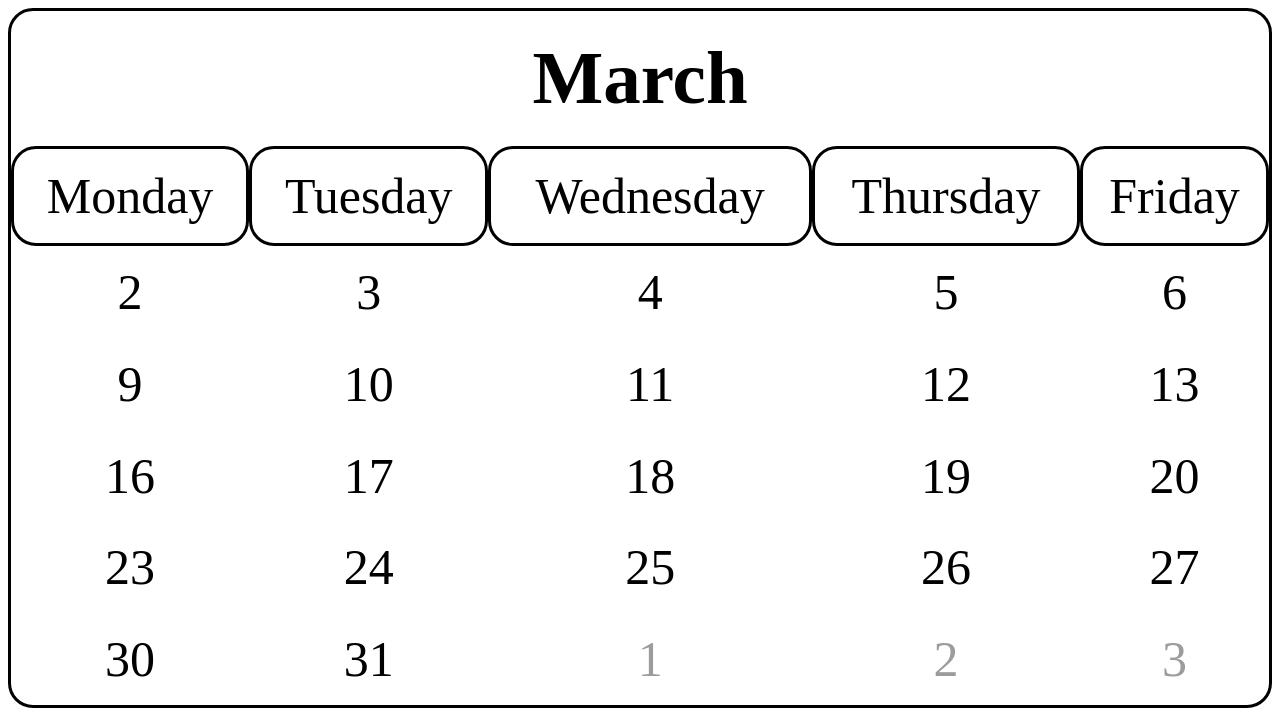
Repository: shleewhite/missionBitCalendar
Page: views/mar.html
The author's editor kept a record of every edit. The page is drawn from the files as they stood at one moment, then again after the next edit.
The browser window is 1280 px wide. The pictures show the whole page.

Above is the page before.

### views/mar.html
<article id="mar">
<html>
    <link rel="stylesheet" type="text/css" href="main.css">
    <head></head>
    <body>
        <table id="monthTable">
                <th class="monthHeader" colspan="5">March</th>
            <tr>
                <td class="weekday">Monday</td>
                <td class="weekday">Tuesday</td>
                <td class="weekday">Wednesday</td>
                <td class="weekday">Thursday</td>
                <td class="weekday">Friday</td>
            </tr>
            <tr>
                <td>2</td>
                <td>3</td>
                <td>4</td>
                <td>5</td>
                <td>6</td>
            </tr>
            <tr>
                <td>9</td>
                <td>10</td>
                <td>11</td>
                <td>12</td>
                <td>13</td>
            </tr>
            <tr>
                <td>16</td>
                <td>17</td>
                <td>18</td>
                <td>19</td>
                <td>20</td>
            </tr>
            <tr>
                <td>23</td>
                <td>24</td>
                <td>25</td>
                <td>26</td>
                <td>27</td>
            </tr>
            <tr>
                <td>30</td>
                <td>31</td>
                <td class="nextMonth">1</td>
                <td class="nextMonth">2</td>
                <td class="nextMonth">3</td>
            </tr>
        </table>
    </body>
</html>

### views/main.css
table {
    text-align: center;
    font-size: 50px;
    width: 100%;
    height: 700px;
    border-spacing: 50px 20px;

}
table th {
    text-align: center;
}
#year{
    /*font-family: 'Lobster', cursive;*/
    font-size: 100px;
}
.month{
    border-collapse: separate;
    border-color: #000000;
    border-radius: 25px;
    border-style: double;

    border-top-width: 15px;
    border-bottom-width: 15px;
    border-left-width: 15px;
    border-right-width: 15px;
    cursor: pointer;
}
.monthHeader {
    font-size: 75px;
    border-style: none;
}
.weekday {
    font-size: 50px;
    border-style: solid;
    border-radius: 25px;
}
#monthTable {
    border-style: solid;
    border-spacing: 0px;
    border-color: #000000;
    border-radius: 25px;
    cursor: pointer;
    padding: 0px;
}
.days {
    font-size: 20px;
    text-align: left;
}
.noOne {
    text-align: center;
}
.nextMonth {
    color: #9C9C9C;
}

After the next edit:
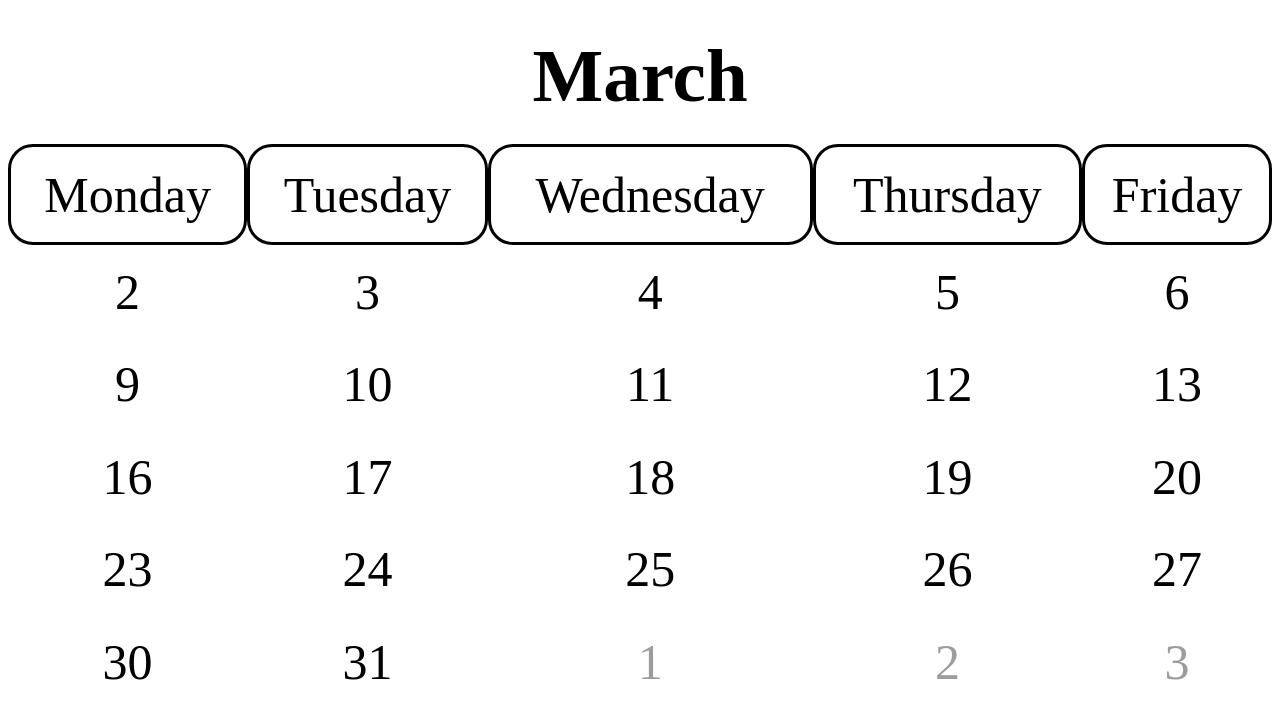
The edit:
--- a/views/main.css
+++ b/views/main.css
@@ -35,7 +35,6 @@
     border-radius: 25px;
 }
 #monthTable {
-    border-style: solid;
     border-spacing: 0px;
     border-color: #000000;
     border-radius: 25px;
